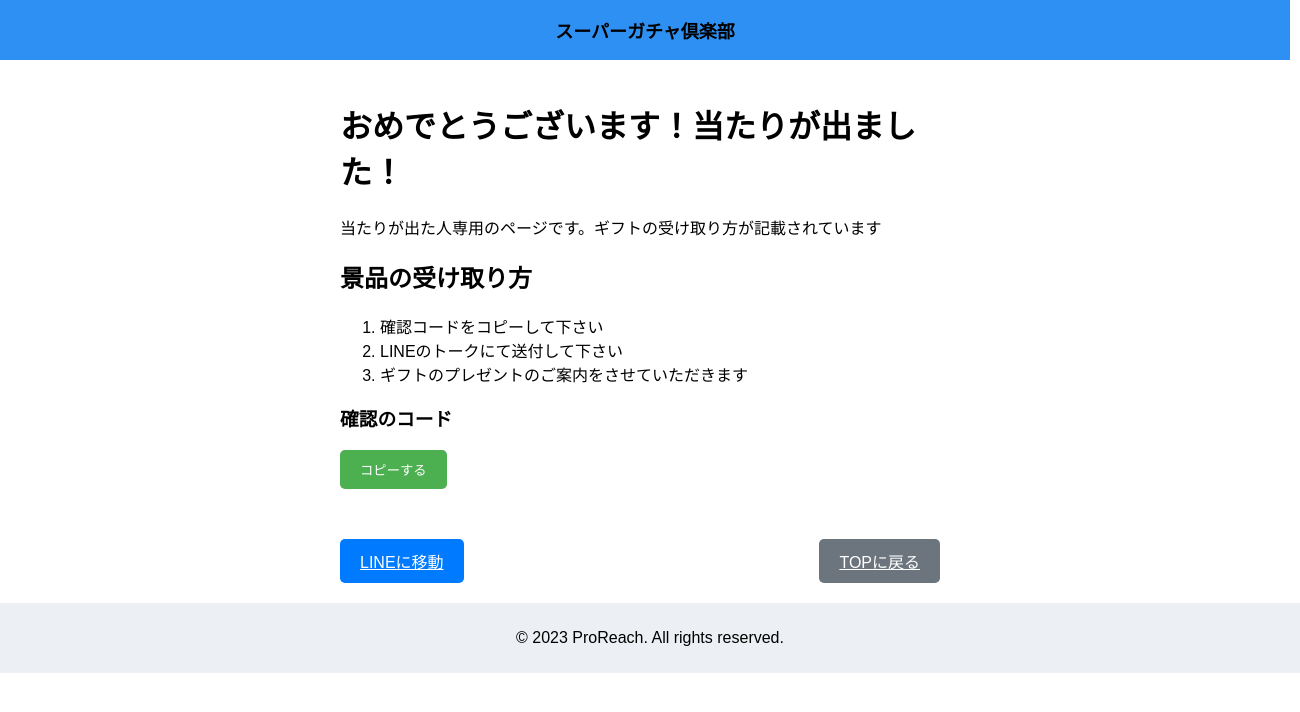
Repository: kskw0000/gggacha
Page: /winner (app in fronted/)
An editor plug-in stored every save of this project. The page is shown before and after the next save, followed by the edit.
The browser window is 1280 px wide. The page is 1300 px wide, so the pictures cover 1300 px, including what lies to the right of the window. The pictures show the whole page.
The project was rebuilt for these pictures with package versions that can differ from the ones it lists, and the page was loaded fresh each time. Also part of the build but not shown: fronted/src/components/css/GachaMachine.css, fronted/src/components/pages/GachaMachine.js, fronted/src/components/pages/Gacha.js.

Above is the page before, as saved 2023-07-01 08:56:29.

After the next save:
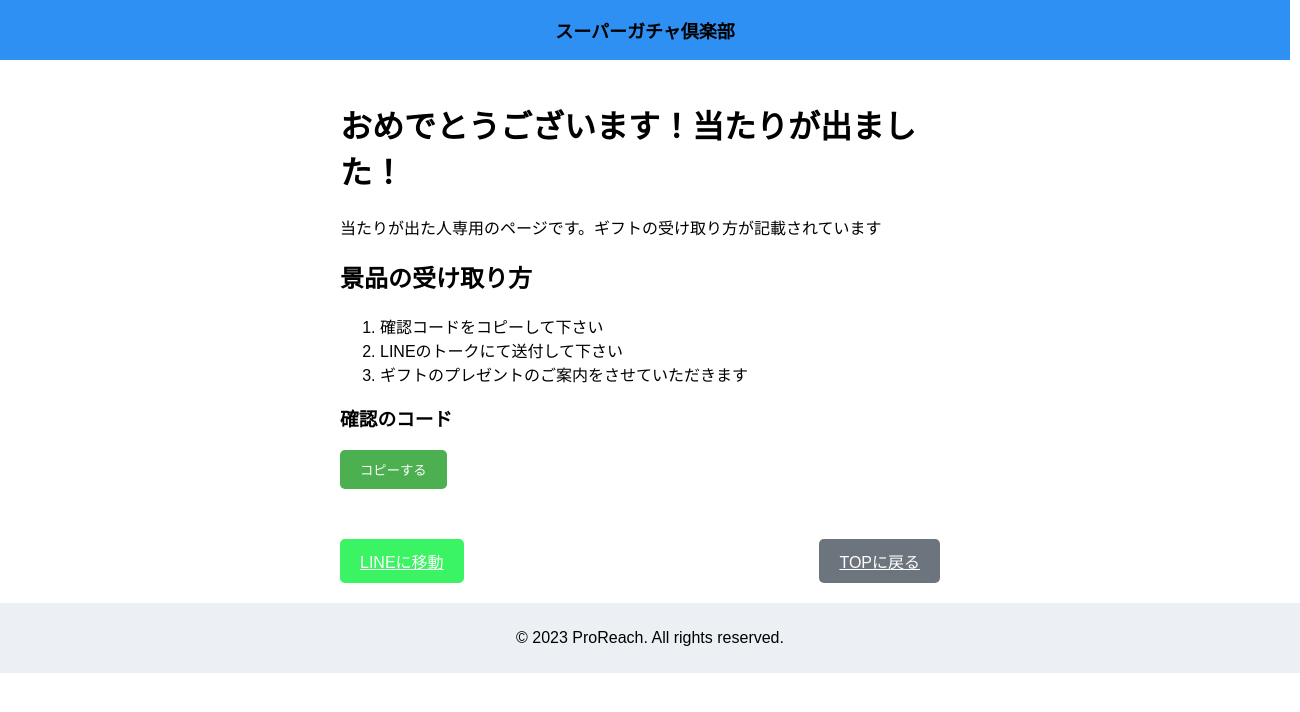
Saved 32 s later.
--- a/fronted/src/components/css/WinnerPage.css
+++ b/fronted/src/components/css/WinnerPage.css
@@ -30,5 +30,5 @@
 }
 
 .button.line {
-    background-color: #007bff;
+    background-color: #3bf463;
 }
